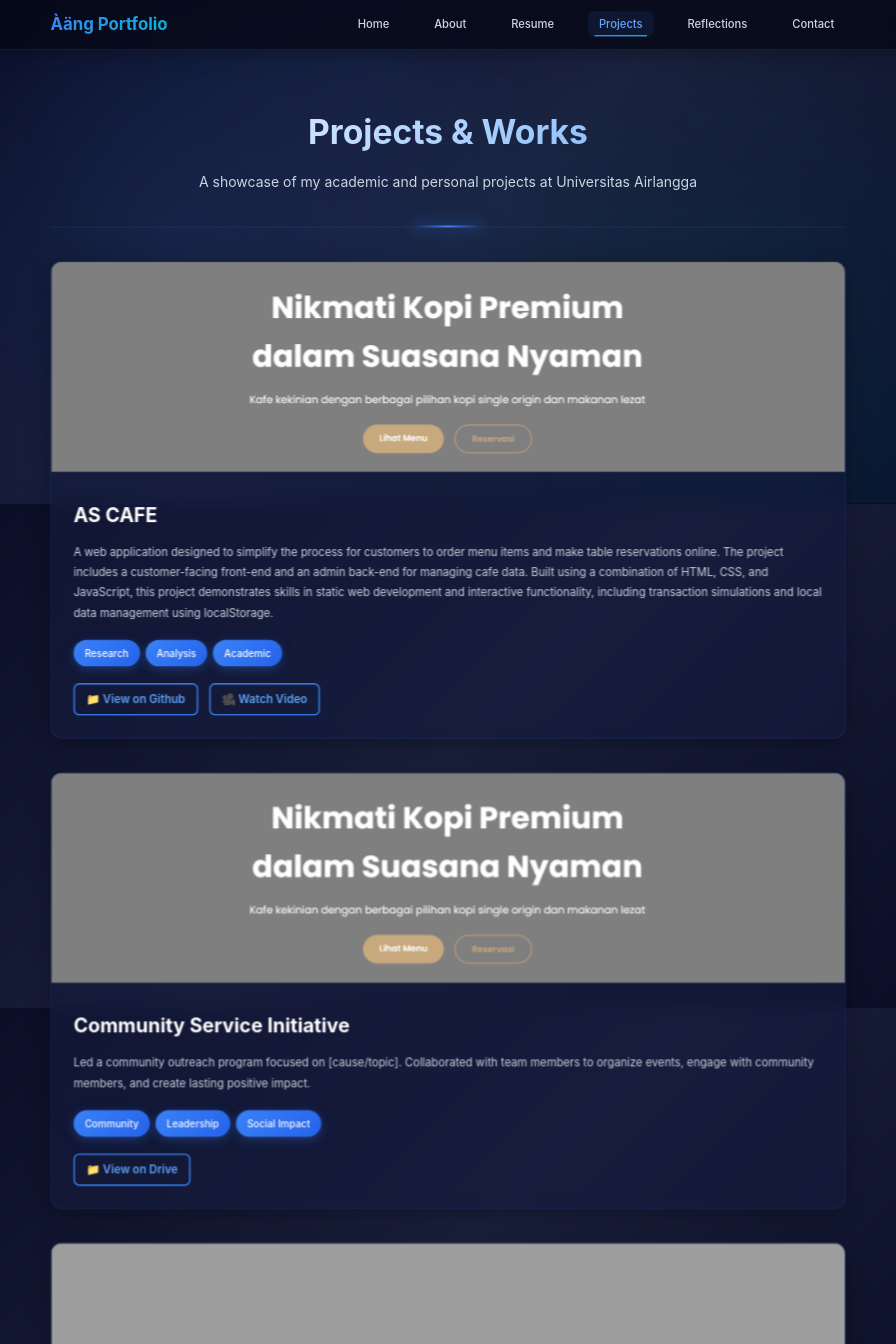
Repository: Anggaaa2006/Portofolio
Page: projects.html
These files come from the project's save history. The page is drawn as it stood at one moment and after the next save; the edit follows.
The browser window is 1280 px wide. The pictures show the part of the page from y = 0 to 1920 px (the page is 3929 px tall), at 70% of full size.
Pictures or frames that could not be fetched are drawn as grey boxes. Backgrounds fixed to the window are drawn as part of the page.

Above is the page before, as saved 2025-10-06 18:51:11.

### projects.html
<!DOCTYPE html>
<html lang="en">
<head>
    <meta charset="UTF-8">
    <meta name="viewport" content="width=device-width, initial-scale=1.0">
    <title>Projects - My Portfolio</title>
    <link rel="stylesheet" href="styles.css">
</head>
<body>
    <nav class="navbar">
        <div class="nav-container">
            <a href="index.html" class="nav-logo">Àäng Portfolio</a>
            <ul class="nav-menu">
                <li><a href="index.html" class="nav-link">Home</a></li>
                <li><a href="about.html" class="nav-link">About</a></li>
                <li><a href="resume.html" class="nav-link">Resume</a></li>
                <li><a href="projects.html" class="nav-link active">Projects</a></li>
                <li><a href="reflections.html" class="nav-link">Reflections</a></li>
                <li><a href="contact.html" class="nav-link">Contact</a></li>
            </ul>
            <div class="hamburger">
                <span></span>
                <span></span>
                <span></span>
            </div>
        </div>
    </nav>

    <main class="page-container">
        <section class="page-header">
            <h1>Projects & Works</h1>
            <p>A showcase of my academic and personal projects at Universitas Airlangga</p>
        </section>

        <section class="projects-grid">
            <!-- Project 1 -->
            <article class="project-card">
                <div class="project-image">
                    <img src="images/project 1.png" alt="Project 1">
                </div>
                <div class="project-content">
                    <h3>AS CAFE </h3>
                    <p class="project-description">
                       A web application designed to simplify the process for customers to order menu items and make table reservations online. The project includes a customer-facing front-end and an admin back-end for managing cafe data. Built using a combination of HTML, CSS, and JavaScript, this project demonstrates skills in static web development and interactive functionality, including transaction simulations and local data management using localStorage.
                    </p>
                    <div class="project-tags">
                        <span class="tag">Research</span>
                        <span class="tag">Analysis</span>
                        <span class="tag">Academic</span>
                    </div>
                    <div class="project-links">
                        <a href="https://github.com/Anggaaa2006/AS-CAFE" target="_blank" class="project-link">📁 View on Github  </a>
                        <a href="https://youtube.com/your-video" target="_blank" class="project-link">🎥 Watch Video</a>
                    </div>
                </div>
            </article>

            <!-- Project 2 -->
            <article class="project-card">
                <div class="project-image">
                    <img src="images/project 1.png" alt="Project 2">
                </div>
                <div class="project-content">
                    <h3>Community Service Initiative</h3>
                    <p class="project-description">
                        Led a community outreach program focused on [cause/topic]. Collaborated with team members to
                        organize events, engage with community members, and create lasting positive impact.
                    </p>
                    <div class="project-tags">
                        <span class="tag">Community</span>
                        <span class="tag">Leadership</span>
                        <span class="tag">Social Impact</span>
                    </div>
                    <div class="project-links">
                        <a href="https://drive.google.com/your-link" target="_blank" class="project-link">📁 View on Drive</a>
                    </div>
                </div>
            </article>

            <!-- Project 3 -->
            <article class="project-card">
                <div class="project-image">
                    <img src="/placeholder.svg?height=300&width=500" alt="Project 3">
                </div>
                <div class="project-content">
                    <h3>Digital Innovation Project</h3>
                    <p class="project-description">
                        Developed an innovative digital solution to address [problem/challenge]. This project showcases
                        technical skills, creative problem-solving, and practical application of academic knowledge.
                    </p>
                    <div class="project-tags">
                        <span class="tag">Technology</span>
                        <span class="tag">Innovation</span>
                        <span class="tag">Problem Solving</span>
                    </div>
                    <div class="project-links">
                        <a href="https://drive.google.com/your-link" target="_blank" class="project-link">📁 View on Drive</a>
                        <a href="https://youtube.com/your-video" target="_blank" class="project-link">🎥 Demo Video</a>
                    </div>
                </div>
            </article>

            <!-- Project 4 -->
            <article class="project-card">
                <div class="project-image">
                    <img src="/placeholder.svg?height=300&width=500" alt="Project 4">
                </div>
                <div class="project-content">
                    <h3>Academic Conference Presentation</h3>
                    <p class="project-description">
                        Presented research findings at [conference/event name]. This experience enhanced my communication
                        skills and provided valuable exposure to academic discourse and peer feedback.
                    </p>
                    <div class="project-tags">
                        <span class="tag">Presentation</span>
                        <span class="tag">Academic</span>
                        <span class="tag">Communication</span>
                    </div>
                    <div class="project-links">
                        <a href="https://drive.google.com/your-link" target="_blank" class="project-link">📁 View Slides</a>
                    </div>
                </div>
            </article>

            <!-- Project 5 -->
            <article class="project-card">
                <div class="project-image">
                    <img src="/placeholder.svg?height=300&width=500" alt="Project 5">
                </div>
                <div class="project-content">
                    <h3>Collaborative Team Project</h3>
                    <p class="project-description">
                        Worked with a diverse team to complete [project description]. This experience taught me valuable
                        lessons about teamwork, communication, and project management in an academic setting.
                    </p>
                    <div class="project-tags">
                        <span class="tag">Teamwork</span>
                        <span class="tag">Collaboration</span>
                        <span class="tag">Management</span>
                    </div>
                    <div class="project-links">
                        <a href="https://drive.google.com/your-link" target="_blank" class="project-link">📁 View on Drive</a>
                        <a href="https://youtube.com/your-video" target="_blank" class="project-link">🎥 Project Video</a>
                    </div>
                </div>
            </article>
        </section>
    </main>

    <footer class="footer">
        <p>&copy; 2025 My Portfolio. All rights reserved.</p>
    </footer>

    <script src="script.js"></script>
</body>
</html>

Loaded but not shown: script.js (137 lines, source omitted); styles.css (1206 lines, source omitted)

After the next save:
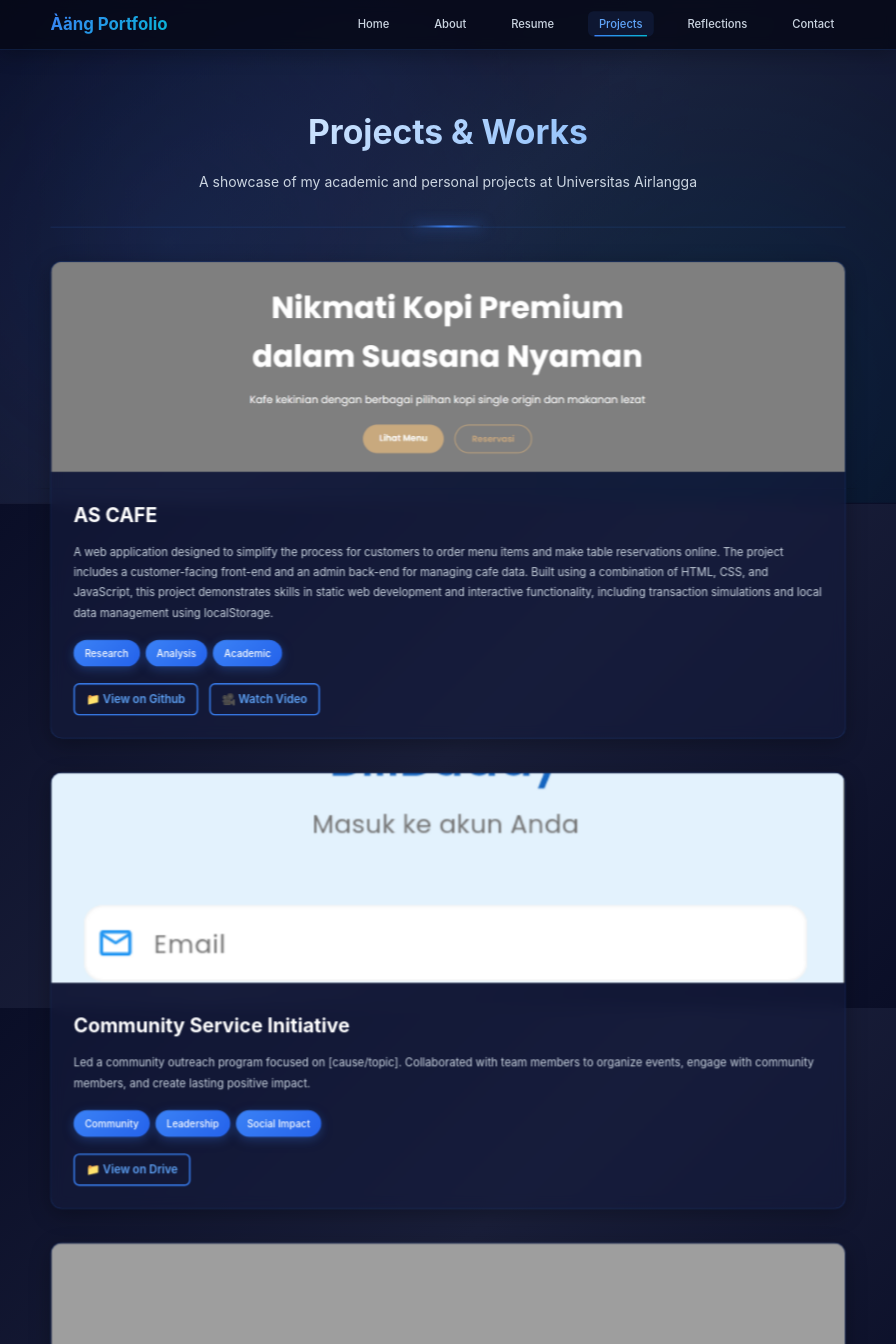
Saved 4 s later.
--- a/projects.html
+++ b/projects.html
@@ -58,7 +58,7 @@
             <!-- Project 2 -->
             <article class="project-card">
                 <div class="project-image">
-                    <img src="images/project 1.png" alt="Project 2">
+                    <img src="images/project 2.png" alt="Project 2">
                 </div>
                 <div class="project-content">
                     <h3>Community Service Initiative</h3>
